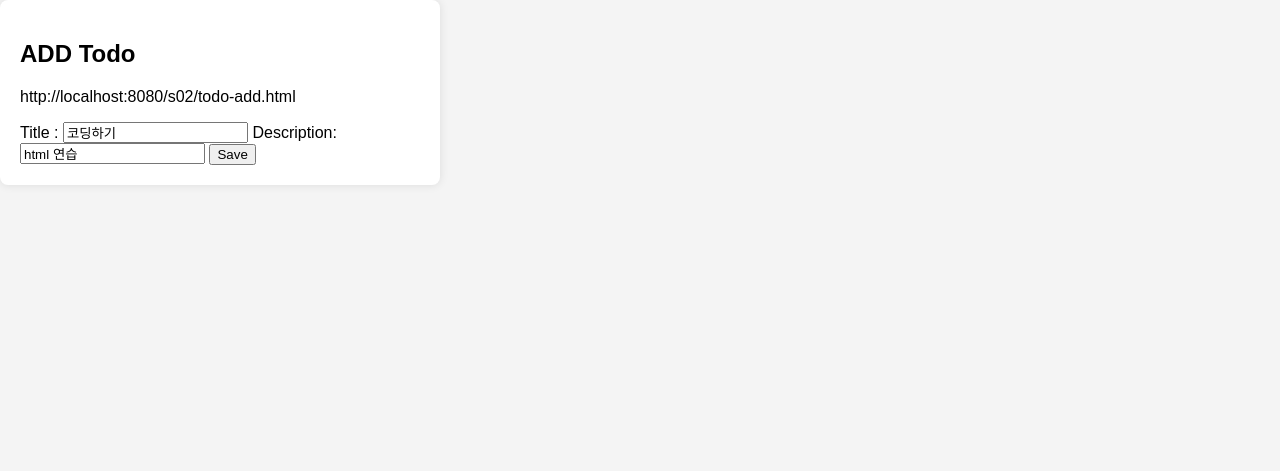
Repository: kimmingyeong225/totalJSP
Page: class_servlet_02/src/main/webapp/todo-add.html
These files come from the project's save history. The page is drawn as it stood at one moment and after the next save; the edit follows.
The browser window is 1280 px wide. The pictures show the whole page.

Above is the page before, as saved 2024-07-01 06:10:51.

After the next save:
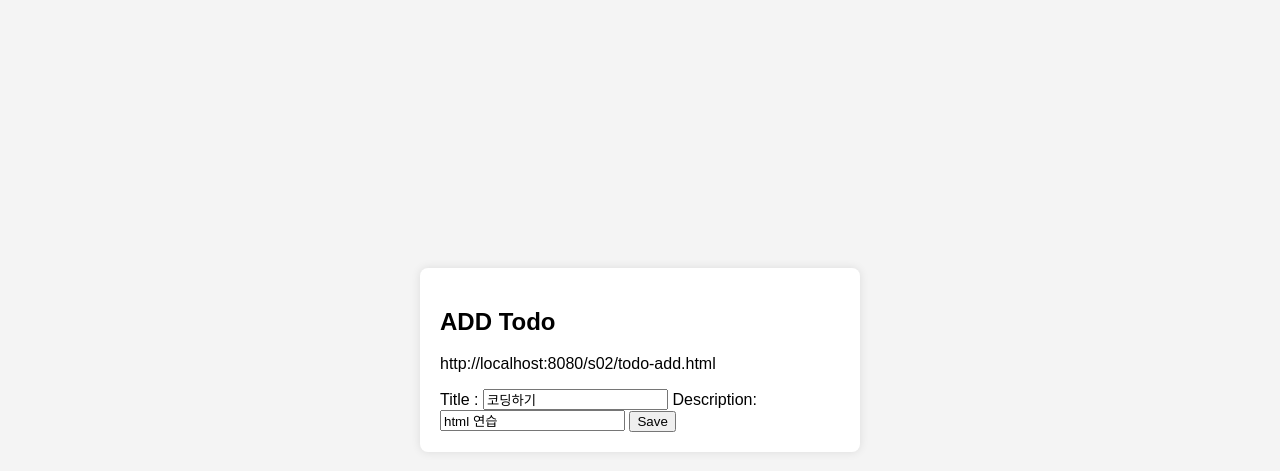
Saved 46 s later.
--- a/class_servlet_02/src/main/webapp/todo-add.html
+++ b/class_servlet_02/src/main/webapp/todo-add.html
@@ -5,7 +5,7 @@
 <title>Todo Form</title>
 <style type="text/css">
 	body {
-		direction: flex;
+		display: flex;
 		justify-content: center;
 		align-items: center;
 		height: 100vh;
